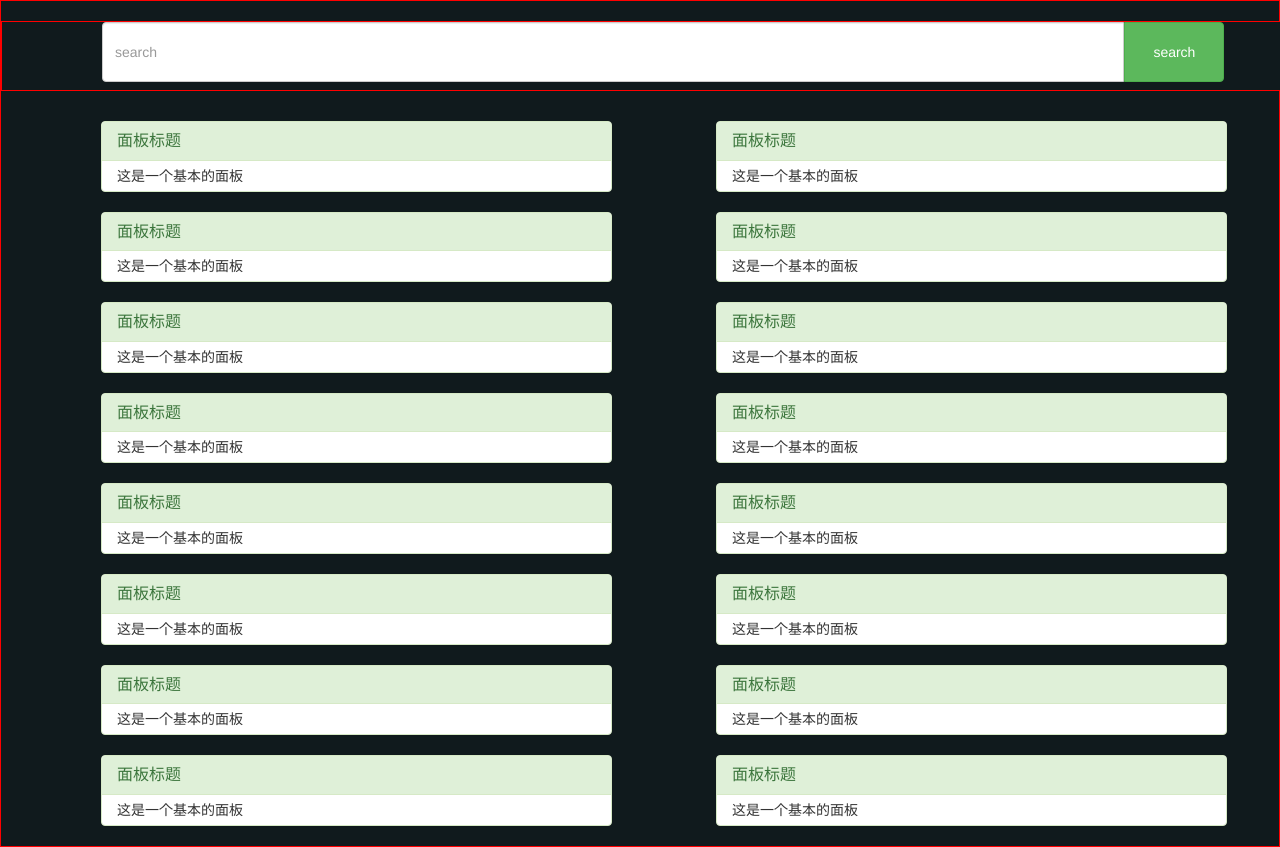
Repository: Tuzijing/Battlefield
Page: http://localhost/static/views/fram/fram.php
An editor plug-in stored every save of this project. The page is shown before and after the next save, followed by the edit.
The browser window is 1280 px wide. The pictures show the whole page.
The page is run by PHP 8.4 with error messages shown; the project is at /var/www/html/.

Above is the page before, as saved 2018-07-15 16:03:02.

After the next save:
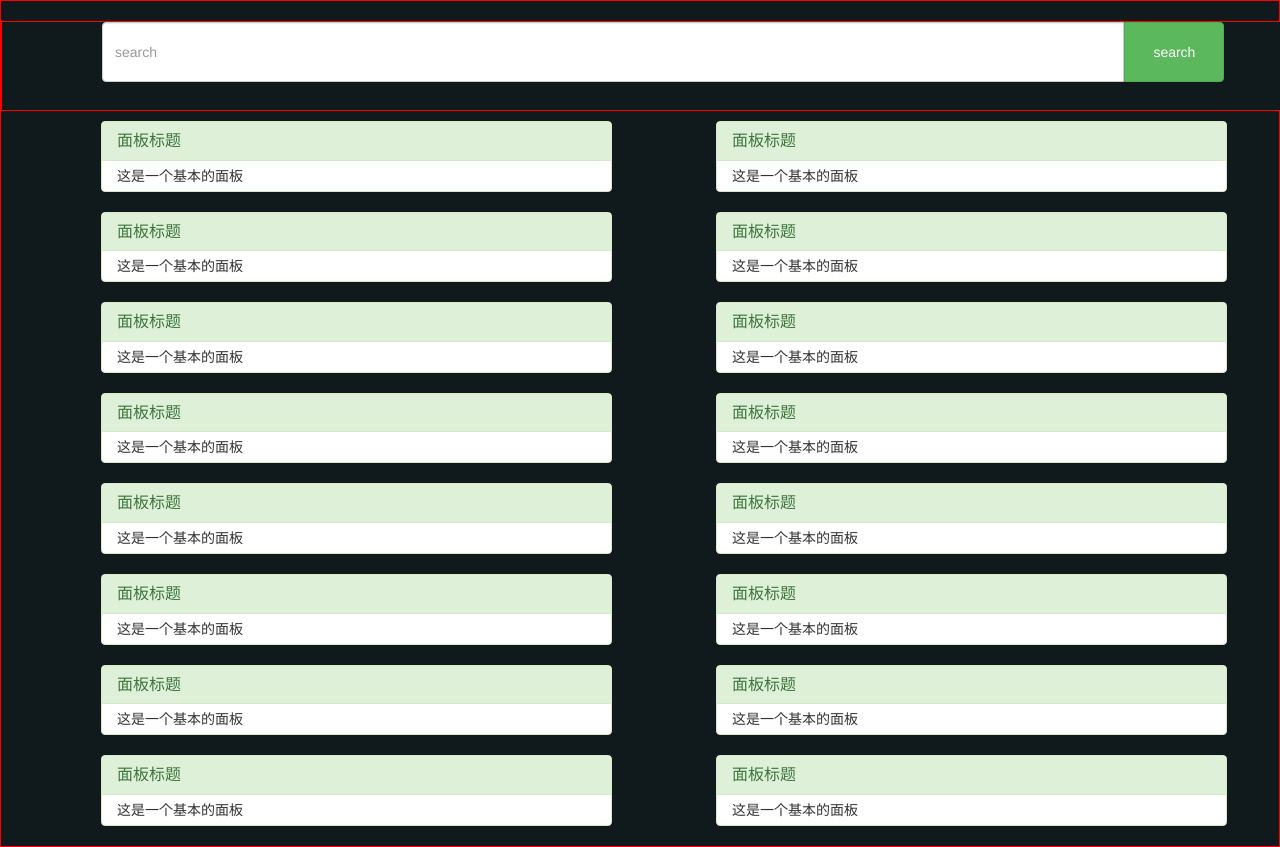
Saved 28 s later.
--- a/BattlefieldWebP/static/common/css/fram/fram.css
+++ b/BattlefieldWebP/static/common/css/fram/fram.css
@@ -26,11 +26,10 @@
 }
 /*设置一个遮罩*/
 #mask{
-
 	border: 1px solid red;
 	margin-top:0px;
 	width: 100%;
-	height: 70px;
+	height: 90px;
 	position: fixed;
 	z-index:1000;
 	background-color: #101a1d;
